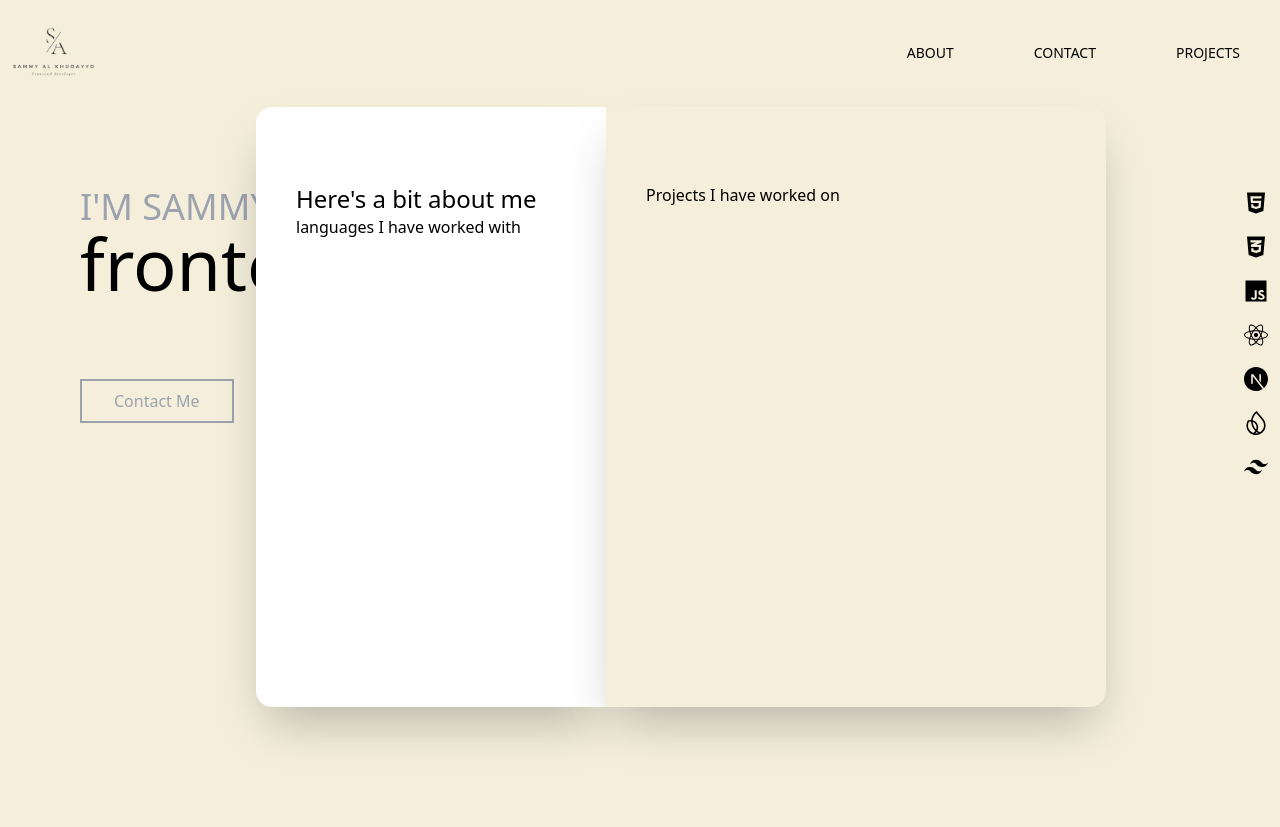
Repository: Al123Kudayyd/myportfolio
Page: /
An editor plug-in stored every save of this project. The page is shown before and after the next save, followed by the edit.
The browser window is 1280 px wide. The pictures show the whole page.
The project was rebuilt for these pictures with package versions that can differ from the ones it lists, and the page was loaded fresh each time. Also part of the build but not shown: src/components/model.js.

Above is the page before, as saved 2024-02-21 13:55:27.

After the next save:
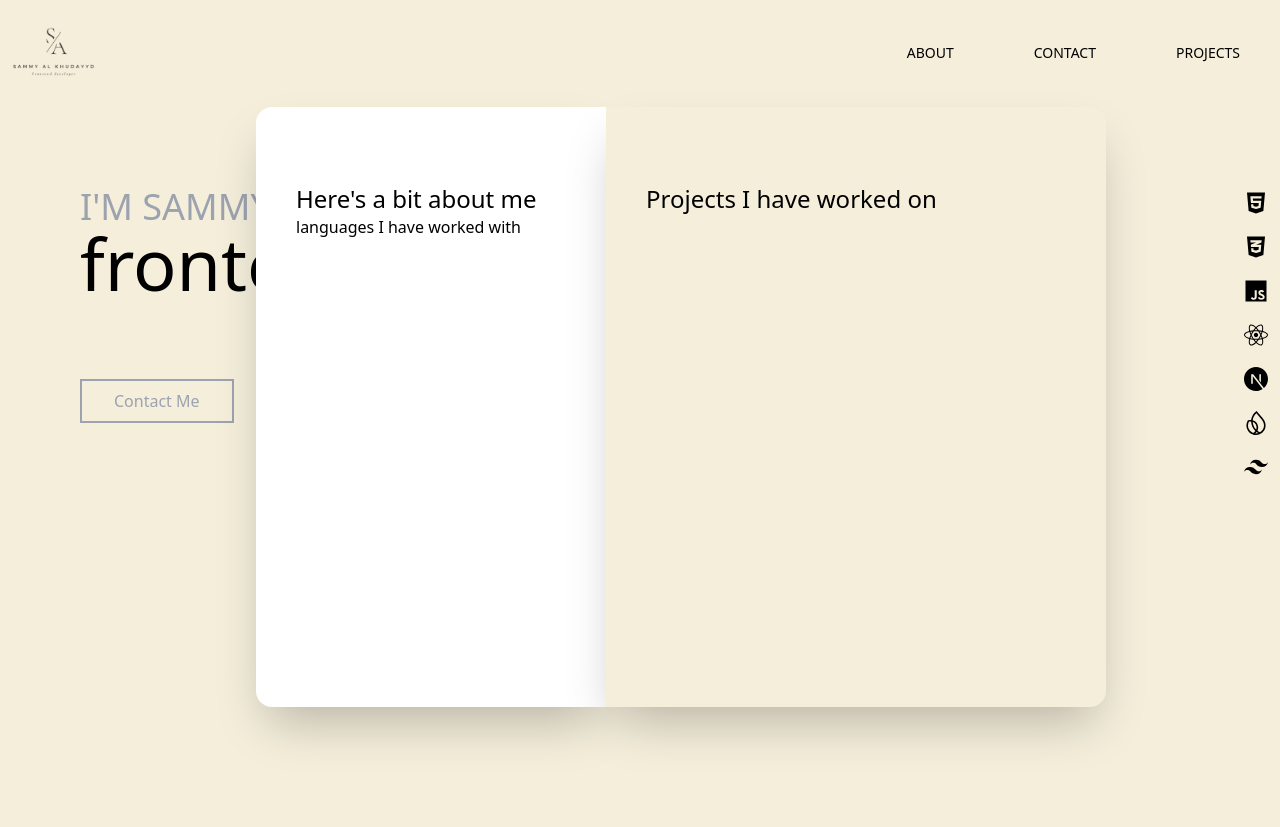
Saved 4 s later.
--- a/src/components/Projects.jsx
+++ b/src/components/Projects.jsx
@@ -13,7 +13,7 @@ function Projects() {
             </div>
             <div className='shadow-2xl bg-[#f4eedb] w-[500px] h-[600px] rounded-r-2xl '>
                 <div className='px-[40px] py-[76px]'>
-                    <h1 className=''>Projects I have worked on</h1>
+                    <h1 className='text-2xl'>Projects I have worked on</h1>
                 </div>
 
             </div>
